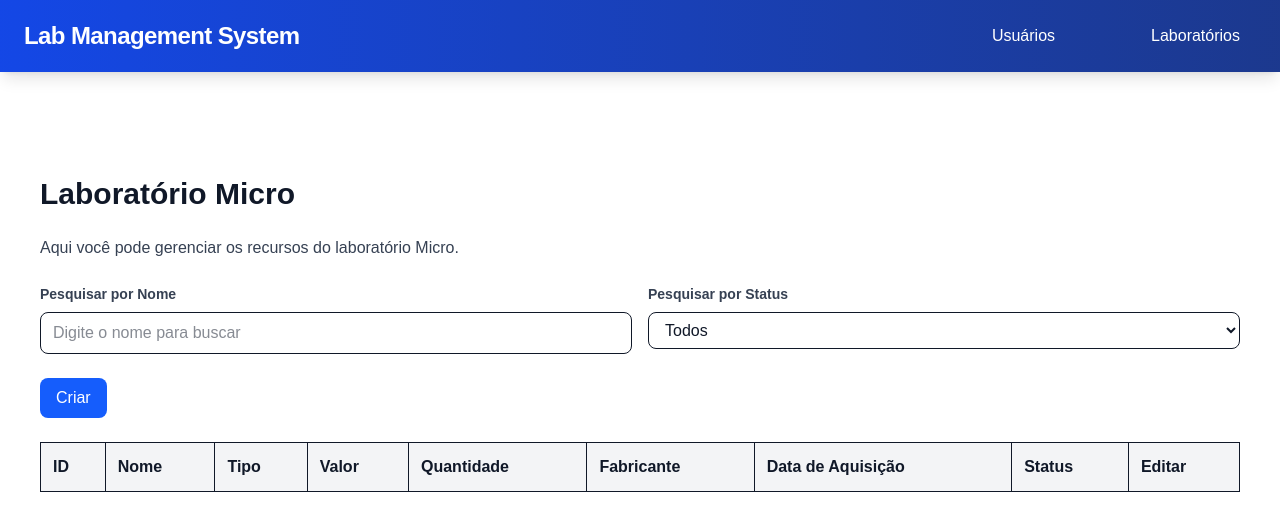
Repository: fabianosevla/gestao-labs
Page: /labs/hardware/micro (app in lab-management-system/)
An editor plug-in stored every save of this project. The page is shown before and after the next save, followed by the edit.
The browser window is 1280 px wide. The pictures show the whole page.
The project was rebuilt for these pictures with package versions that can differ from the ones it lists, and the page was loaded fresh each time. The framework's server and built-in components were replaced by stand-ins that run in the browser. Also part of the build but not shown: lab-management-system/next.config.mjs.

Above is the page before, as saved 2025-05-05 23:50:18.

After the next save:
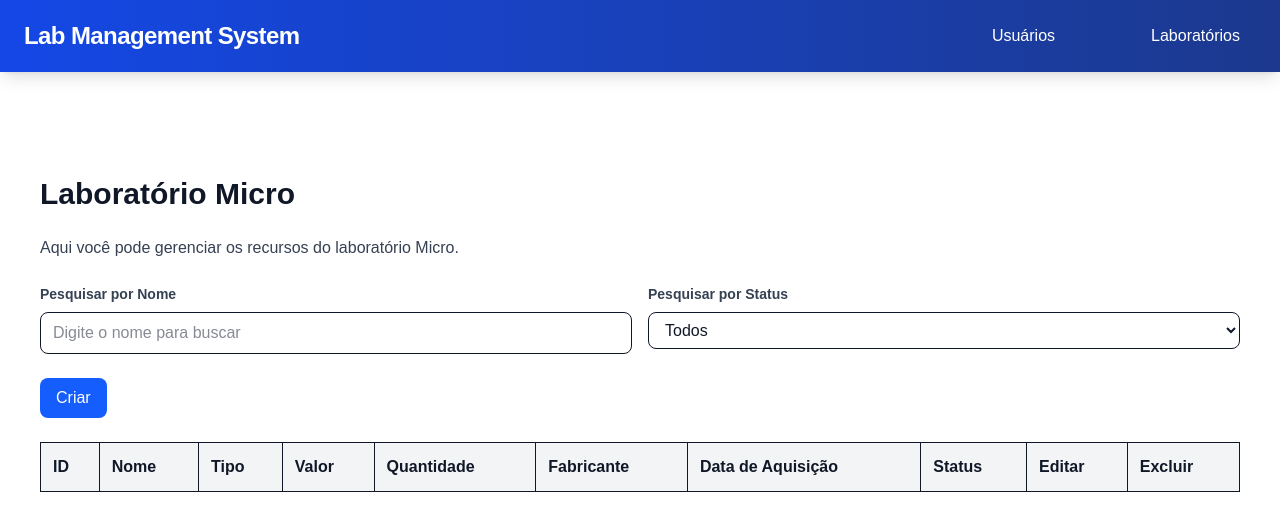
Saved 2 min 50 s later.
--- a/lab-management-system/app/labs/hardware/micro/page.js
+++ b/lab-management-system/app/labs/hardware/micro/page.js
@@ -6,7 +6,7 @@
 
 export default function Micro() {
     const router = useRouter();
-    const [microHardwares] = useMicroHardwares();
+    const [microHardwares, setMicroHardwares] = useMicroHardwares();
     const [searchName, setSearchName] = useState("");
     const [searchStatus, setSearchStatus] = useState("");
 
@@ -16,6 +16,11 @@
 
     const handleEdit = (id) => {
         router.push(`/labs/hardware/micro/edit/${id}`);
+    };
+
+    const handleDelete = (id) => {
+        const updatedHardwares = microHardwares.filter((h) => h.id !== id);
+        setMicroHardwares(updatedHardwares);
     };
 
     const filteredHardwares = microHardwares.filter((hardware) => {
@@ -83,6 +88,7 @@
                             <th className="border p-3 text-gray-900 font-semibold text-left">Data de Aquisição</th>
                             <th className="border p-3 text-gray-900 font-semibold text-left">Status</th>
                             <th className="border p-3 text-gray-900 font-semibold text-left">Editar</th>
+                            <th className="border p-3 text-gray-900 font-semibold text-left">Excluir</th>
                         </tr>
                     </thead>
                     <tbody>
@@ -105,6 +111,15 @@
                                         ✏️
                                     </button>
                                 </td>
+                                <td className="border p-3 text-gray-700">
+                                    <button
+                                        onClick={() => handleDelete(hardware.id)}
+                                        className="text-red-600 hover:text-red-800"
+                                        title="Excluir"
+                                    >
+                                        ❌
+                                    </button>
+                                </td>
                             </tr>
                         ))}
                     </tbody>
